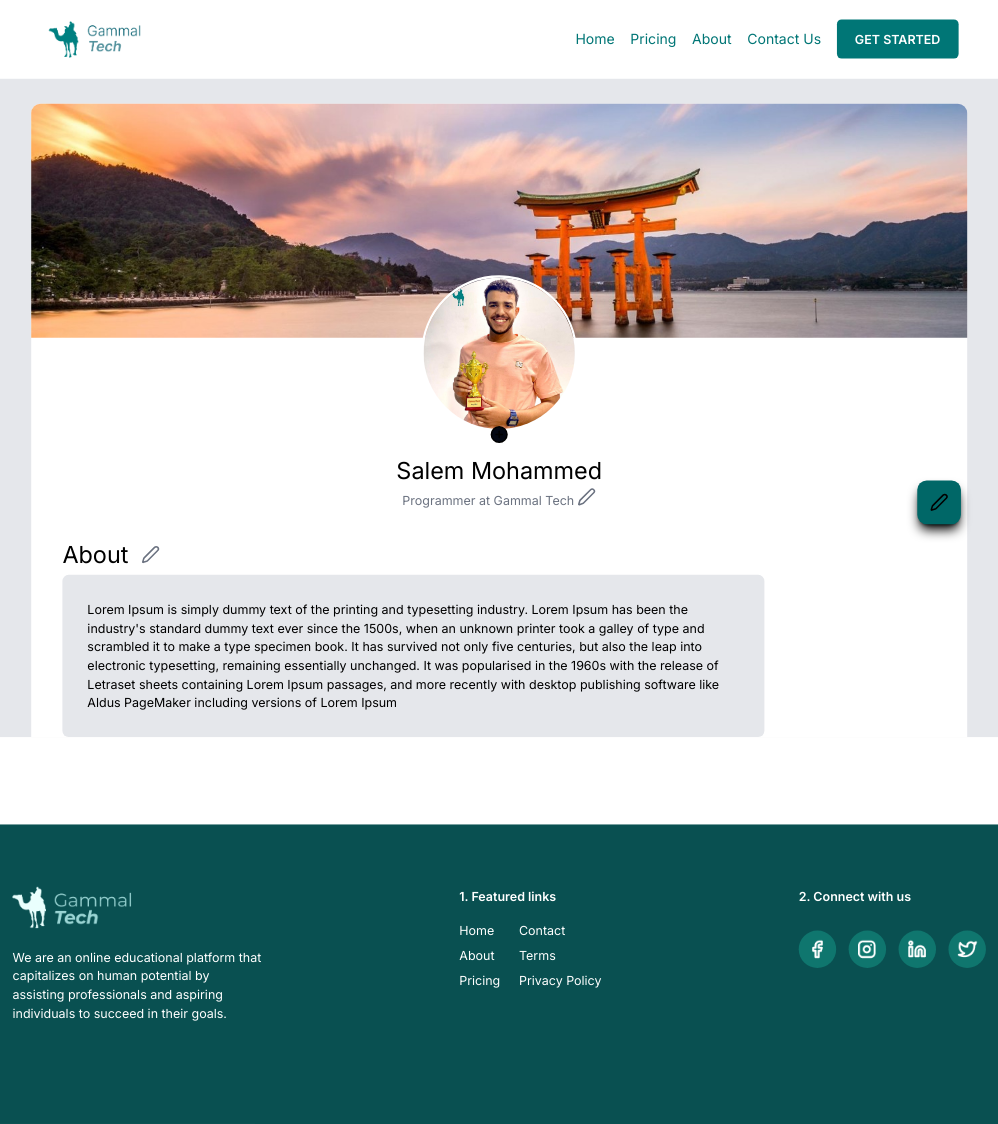
Repository: Ahmed77669/Internship-test
Page: /profile
These files come from the project's save history. The page is drawn as it stood at one moment and after the next save; the edit follows.
The browser window is 1280 px wide. The pictures show the whole page, at 78% of full size.
The page's requests for data from a server got no answer. The project was rebuilt for these pictures with package versions that can differ from the ones it lists, and the page was loaded fresh each time. The framework's server and built-in components were replaced by stand-ins that run in the browser. No one was signed in, and anything a server would have sent is missing. Also part of the build but not shown: next.config.mjs, components/Header/NavBarAuth.tsx.

Above is the page before, as saved 2024-10-25 14:37:31.

After the next save:
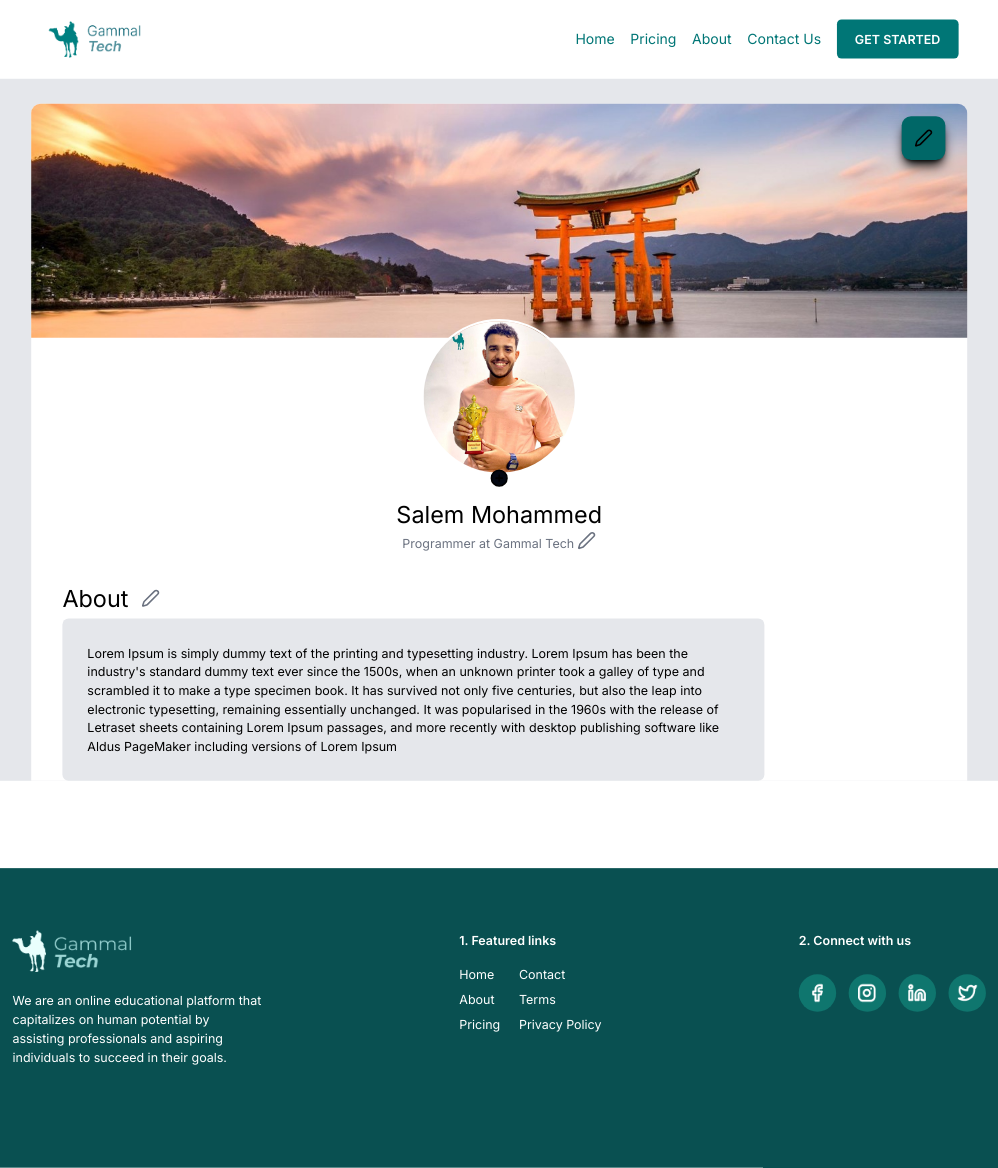
Saved 24 s later.
--- a/components/Profile/Profile.tsx
+++ b/components/Profile/Profile.tsx
@@ -14,10 +14,9 @@
   backgroundSize: "cover",
   backgroundPosition: "center",
   backgroundRepeat: "no-repeat",
-}}>
-<div className="bg-[#006767] w-14 h-14 shadow-black shadow-lg flex items-center justify-center rounded-xl absolute right-4 bottom-4 sm:right-6 sm:bottom-6 md:right-10 md:bottom-10 lg:right-12 lg:bottom-12 cursor-pointer">
+}}></div>
+<div className="bg-[#006767] w-14 h-14 shadow-black shadow-lg items-center flex justify-center rounded-xl relative inset-x-[93%] -inset-y-[35%] cursor-pointer">
   <Pen />
-</div>
 </div>
 
 <div className="flex flex-col items-center -mt-[100px] mb-10">
@@ -34,7 +33,7 @@
       border: "3px white solid"
     }}
   />
-<PlusCircle className="relative -inset-y-2 fill-gray-950 cursor-pointer"/>
+<PlusCircle className="relative -inset-y-2 fill-gray-950 "/>
   <p className="text-black text-3xl mt-2">Salem Mohammed</p>
   <div className="flex">
   <p className="text-gray-500 text-[16px] mt-2 mr-1">Programmer at Gammal Tech</p>

After the save that followed:
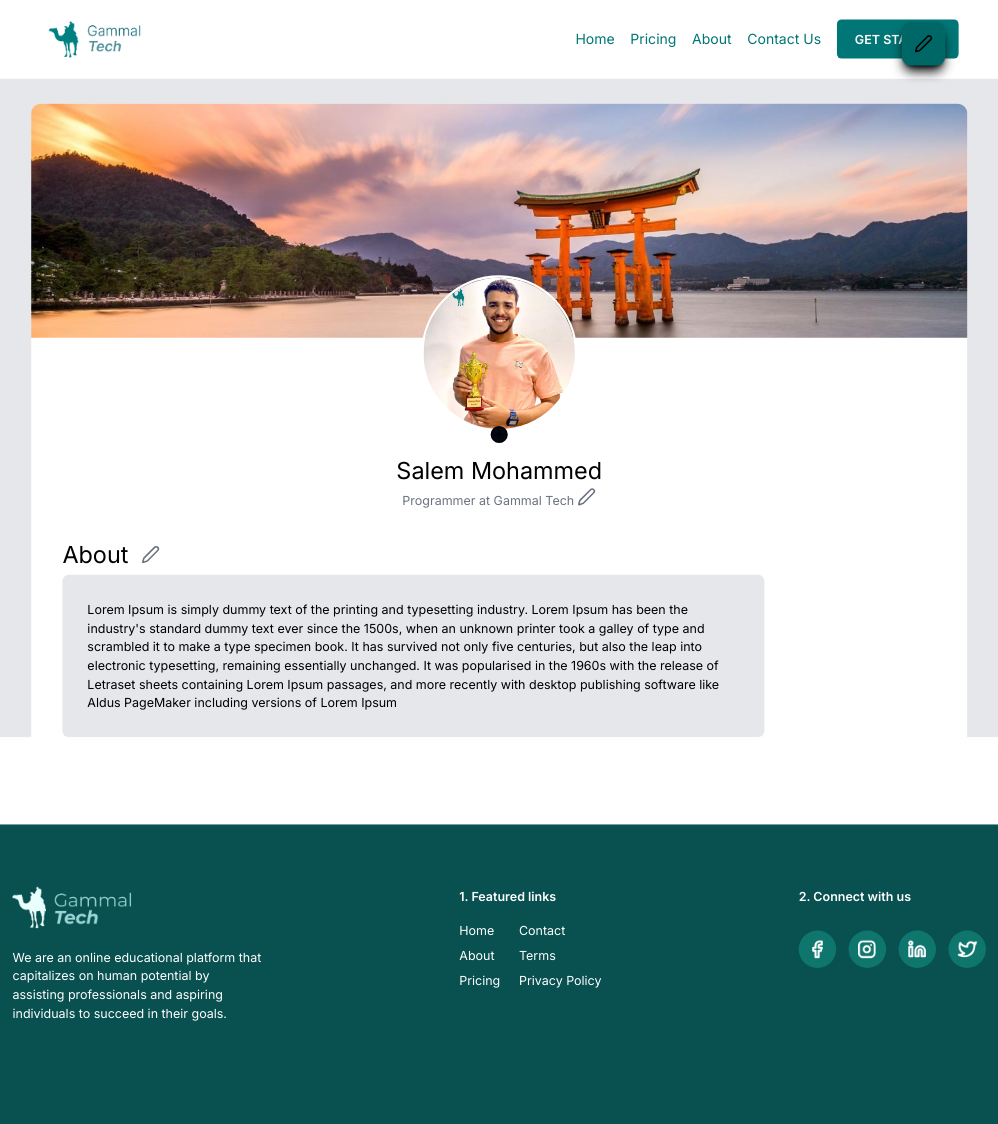
Saved 10 s later.
--- a/components/Profile/Profile.tsx
+++ b/components/Profile/Profile.tsx
@@ -14,10 +14,12 @@
   backgroundSize: "cover",
   backgroundPosition: "center",
   backgroundRepeat: "no-repeat",
-}}></div>
-<div className="bg-[#006767] w-14 h-14 shadow-black shadow-lg items-center flex justify-center rounded-xl relative inset-x-[93%] -inset-y-[35%] cursor-pointer">
+}}>
+  <div className="bg-[#006767] w-14 h-14 shadow-black shadow-lg items-center flex justify-center rounded-xl relative inset-x-[93%] -inset-y-[35%] cursor-pointer">
   <Pen />
 </div>
+</div>
+
 
 <div className="flex flex-col items-center -mt-[100px] mb-10">
   <Image
